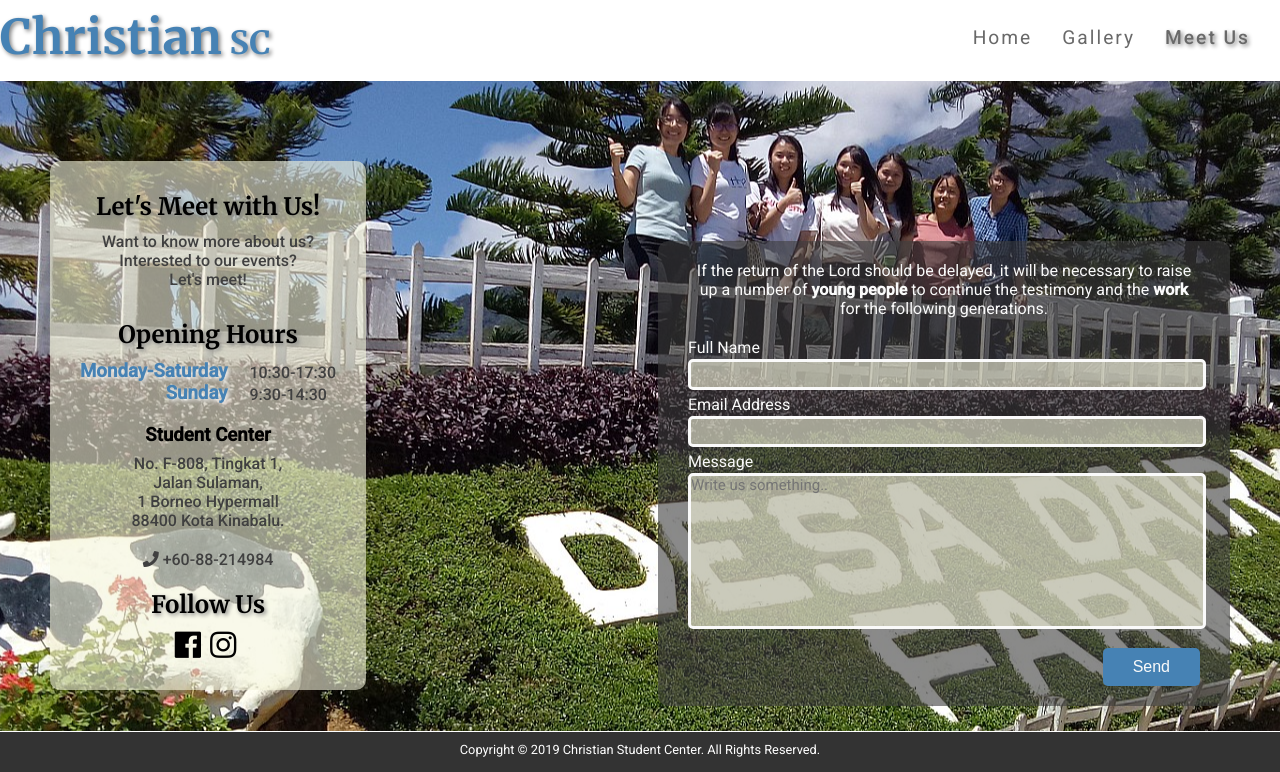
Repository: kongteckmee/christian-sc
Page: meet.html
The author's editor kept a record of every edit. The page is drawn from the files as they stood at one moment, then again after the next edit.
The browser window is 1280 px wide. The pictures show the whole page.
Some web libraries are served in a nearby version.

Above is the page before.

### meet.html
<!DOCTYPE html>
<html lang="en">

<head>
    <meta charset="UTF-8">
    <meta name="viewport" content="width=device-width, initial-scale=1.0">
    <meta http-equiv="X-UA-Compatible" content="ie=edge">
    <link rel="stylesheet" href="https://use.fontawesome.com/releases/v5.1.1/css/all.css" integrity="sha384-O8whS3fhG2OnA5Kas0Y9l3cfpmYjapjI0E4theH4iuMD+pLhbf6JI0jIMfYcK3yZ" crossorigin="anonymous">
    <link rel="stylesheet" href="assets/css/style.css" type="text/css" />
    <title>Christian Student Center</title>
</head>

<body>
    <header>
        <a id="logo" href="index.html">
            <h2><span style="font-size: 150%">Christian</span> SC</h2>
        </a>
        <nav>
            <ul id="scmenu">
                <li>
                    <a class="scactive" href="meet.html">Meet Us</a>
                </li>
                <li>
                    <a href="gallery.html">Gallery</a>
                </li>
                <li>
                    <a href="index.html">Home</a>
                </li>
            </ul>
        </nav>
    </header>
    <section id="meet">
        <div id="location">
            <div id="contact">
                <h2>Let's Meet with Us!</h2>
                <p>Want to know more about us?</p>
                <p>Interested to our events?</p>
                <p>Let's meet!</p>
            </div>
            <div id="open">
                <h2>Opening Hours</h2>
                <div id="day">
                    <h3>Monday-Saturday</h3>
                    <h3>Sunday</h3>
                </div>
                <div id="time">
                    <p>10:30-17:30</p>
                    <p>9:30-14:30</p>
                </div>
            </div>
            <div id="address">
                <h3>Student Center</h3>
                <br>
                <p>No. F-808, Tingkat 1,</p>
                <p>Jalan Sulaman,</p>
                <p>1 Borneo Hypermall</p>
                <p>88400 Kota Kinabalu.</p>
            </div>
            <div id="phone">
                <p><i class="fas fa-phone"></i> +60-88-214984</p>
            </div>
            <div id="follow">
                <h2>Follow Us</h2>
                <nav>
                    <ul id="social">
                        <li><a href="https://www.facebook.com/thechurchinkk/" target="_blank"> <i class="fab fa-facebook"></i></a></li>
                        <li><a href="https://www.instagram.com/studentcenterkk/" target="_blank"> <i class="fab fa-instagram"></i></a></li>
                    </ul>
                </nav>
            </div>
        </div>
        <div id="form">
            <form>
                <p>If the return of the Lord should be delayed, it will be necessary to raise up a number of <strong>young people</strong> to continue the testimony and the <strong>work</strong> for the following generations.</p>
                <label for="fullname">Full Name</label>
                <input class="place-input" type="text" name="full_name" id="fullname" required />
                <label for="email">Email Address</label>
                <input class="place-input" type="email" name="email_address" id="email" required />
                <label for="message">Message</label>
                <textarea class="place-input" id="message" name="message" placeholder="Write us something.." style="height:150px" required></textarea>
                <button type="submit">Send</button>
            </form>
        </div>
    </section>
    <footer>
        <div id="footer-copyright">
            <p>Copyright © 2019 Christian Student Center. All Rights Reserved.</p>
        </div>
    </footer>
</body>

</html>

### assets/css/style.css
@import url('https://fonts.googleapis.com/css?family=Merriweather:500,600,700|Roboto:300,400,500');

* {
    margin: 0;
    padding: 0;
    border: 0;
}

body {
    font-family: 'Roboto', sans-serif;
    color: #696969; /*Grey color */
}

/* ------------------------------------------------------ Header */

#logo {
    float: left;
    text-decoration: none;
}

#logo h2 {
    font-family: 'Merriweather', serif;
    font-size: 200%;
    color: #4682b4; /* Steel Blue color */
    text-shadow: 2px 2px 4px #808080;
}

#scmenu {
    font-size: 120%;
    list-style-type: none;
    letter-spacing: 2px;
}

#logo, #scmenu {
    line-height: 75px;
}

#scmenu li {
    float: right;
    margin-right: 30px;
}

#scmenu a {
    text-decoration: none;
    color: inherit;
}

#scmenu a:hover {
    color: #4682b4; /* Steel Blue color */
    font-weight: 500;
    text-shadow: 2px 2px 4px #808080;
}

.scactive {
    font-weight: 500;
    text-shadow: 2px 2px 4px #808080;
}

/* ------------------------------------------------------ Section: Welcome */

#scmeeting {
    height: 700px;
    width: 100%;
    background: url("../img/meeting-t.jpg") no-repeat center center;
}

#scgallery {
    height: 550px;
    width: 100%;
    background: url("../img/r_combined-t.jpg") no-repeat center center;
    margin-left: 140px;
    overflow: hidden;
}

#outing {
    height: 720px;
    width: 100%;
}

#photo img {
    width: 49%;
    margin-left: 4px;
}

#scmeetingrange {
    height: 700px;
    width: 100%;
    overflow: hidden;
}

#welcome-text {
    width: 400px;
    height: 220px;
    color: #fefcff; /* Milky white */
    background-color: rgba(212,175,55,.7);
    padding-top:20px;
    bottom: 35px; /* Fixed the welcome text box-bottom */
    right: 100px; /* Fixed the welcome text box-right */
    position: absolute;
}

#gallery-text {
    width: 350px;
    height: 350px;
    color: #fefcff; /* Milky white */
    background-color: rgba(219,112,147,.7);
    padding-top:20px;
    bottom: 200px;
    right: 940px;
    position: absolute;
}

#outing-text h1, #photo h1 {
    text-shadow: 2px 2px 4px #808080;
}

#video iframe {
    margin: 0 auto;
    display: block;
}

#welcome-text h1 {
    margin-bottom: 5px;
    font-size: 300%;
    font-family: 'Merriweather', serif;
    text-transform: uppercase;
    text-align: center;
    letter-spacing: 4px;
}

#gallery-text h1, #outing-text h1, #photo-text h1 {
    margin-top: 10px;
    margin-bottom: 20px;
    font-size: 250%;
    font-family: 'Merriweather', serif;
    /*text-transform: uppercase;*/
    text-align: center;
    letter-spacing: 4px;
}

hr {
    width: 80%;
    height: 3px;
    margin-left: auto;
    margin-right: auto;
    background-color:#fefcff; /* Milky white */
}

#welcome-text h3 {
    margin: 20px;
    font-size: 130%;
    font-weight: 300;
    text-align: center;
}

#gallery-text h3, #outing-text h3, #photo-text h3 {
    margin: 35px;
    font-size: 130%;
    font-weight: 300;
    text-align: center;
}

/* ------------------------------------------------------ Section: About */

#about {
    height: 500px;
}

#about h1 {
    margin-top: 30px;
    margin-bottom: 30px;
    font-family: 'Merriweather', serif;
    color: #4682b4; /* Steel Blue color */
    text-transform: uppercase;
    text-align: center;
    text-shadow: 2px 2px 4px #808080;
    font-size: 200%;
    letter-spacing: 1px;
}

#about h2 {
    font-family: 'Merriweather', serif;
    font-size: 130%;
    text-transform: uppercase;
    text-shadow: 2px 2px 4px #808080;
}

#left {
    margin-right: 30px;
    padding-top: 30px;
    width: 30%;
    float: left;
}

#right {
    margin-right: 30px;
    padding-top: 30px;
    width: 30%;
    float: right;
}

#center {
    padding-top: 30px;
    width: 33%;
    margin: 0 auto; /* center the div */
}

br {
    display: block;
    content: "";
    margin: 2em;
    font-size: 24%; /* spacing */
}

.left-right-side {
    width: 50%;
    float: right;
    padding-top: 40px;
    clear: both;
    margin-left: 20px;
    margin-bottom: 50px;
}

.middle {
    width: 50%;
    float: right;
    padding-top: 40px;
    margin-right: 20px;
}

#container {
    width: 150px;
    height: 150px;
    border: 3px solid #cccccc;
    border-radius: 50%;
    margin-left: 20px;
    margin-bottom: 20px;
}

#contain-study {
    background: url("../img/study-group.jpg") no-repeat center center;
    height: 100%;
    border-radius: 50%;
}

#contain-wifi {
    background: url("../img/free-wifi.jpg") no-repeat center center;
    height: 100%;
    border-radius: 50%;
}

#contain-seminar {
    background: url("../img/truth-seminar.jpg") no-repeat center center;
    height: 100%;
    border-radius: 50%;
}

#contain-bible {
    background: url("../img/bible-study.jpg") no-repeat center center;
    height: 100%;
    border-radius: 50%;
}

#contain-cafe {
    background: url("../img/cafe.jpg") no-repeat center center;
    height: 100%;
    border-radius: 50%;
}

#contain-books {
    background: url("../img/spiritual-book.jpg") no-repeat center center;
    height: 100%;
    border-radius: 50%;
}

/* ------------------------------------------------------ Section: Event */

#event {
    height: 250px;
    /*background-color: #a9a9a9;*/
}

#event div {
    color: #ffebcd;
    width: 19.2%;
    height: 90%;
    float: left;
    padding-top: 30px;
    text-align: center;
    margin: 5px;
}

#event h2 {
    color: #ffffff;
    font-family: 'Merriweather', serif;
    margin-bottom: 20px;
}

#event h3 {
    margin-top: 20px;
    font-weight: 400;
}

.black {
    background-color: rgba(48,48,48,.8);
}

.black h2 {
    line-height: 120px;
    text-transform: uppercase;
    text-shadow: 5px 5px 0px rgba(0,0,0,0.2);
}

.black h3 {
    color: #ffffff;
    font-size: 200%;
    text-shadow: 5px 5px 0px rgba(0,0,0,0.2);
}

.grey {
    background-color: rgba(105,105,105,.8);
}

.green {
    background-color: rgba(102,102,0,.8);
}

/* ------------------------------------------------------ Meet Us page */

#meet {
    height: 650px;
    width: 100%;
    clear: both;
    background: url("../img/desa.jpg") no-repeat center center;
}

#location {
    width: 20%;
    margin: 80px 0 0 50px;
    padding: 30px 30px 30px 30px;
    float: left;
    background-color: rgba(245,245,220,0.6);
    border-radius: 10px;
    color: #000;
    text-align: center;
}

#location h2 {
    font-family: 'Merriweather', serif;
    text-shadow: 2px 2px 4px #808080;
    margin-bottom: 10px;
}

#open {
    padding-top: 30px;
}

#day{
    float: left;
    text-align: right;
}

#day h3 {
    color: #4682b4;
    text-shadow: 2px 2px 4px #fff;
}

#time {
    float: right;
    text-align: left;
    color: #404040;
}

#time p {
    margin-top: 3px;
    font-weight: 500;
}

#address {
    clear: both;
    margin-top: 20px;
    display: inline-block;
}

#phone {
    margin-top: 20px;
}

#contact p, #address p, #phone p {
    font-weight: 500;
    color: #404040;
}

#follow {
    clear: both;
    margin-top: 20px;
}

#social li {
    display: inline;
}

#social i {
    font-size: 30px;
    margin-right: 5px;
    color: #000;
}

#social i:hover {
    color: #4682b4;
}

#form {
    width: 40%;
    margin: 160px 50px 0 0;
    padding: 20px 30px 20px 30px;
    float: right;
    background-color: rgba(60,60,60,0.6);
    border-radius: 10px;
    color: #fafafa;
}

#form p {
    text-align: center;
    margin-bottom: 20px;
}

.place-input {
    background-color: rgba(245,245,220,0.6);
    width: 100%;
    height: 25px;
    margin: 2px 0 5px 0;
    border: 3px solid #fafafa;
    border-radius: 5px;
    font-family: 'Roboto', sans-serif;
    font-size: 15px;
}

.place-input:hover {
    border-color: #4682b4;
}

textarea {
    resize: none;
}

button {
    background-color: #4682b4;
    margin-top: 10px;
    padding: 10px 30px 10px 30px;
    border-radius: 5px;
    color: #fafafa;
    font-size: 100%;
    text-align: center;
    display: block;
    float: right;
}

button:hover {
    background-color: #fafafa;
    color: #4682b4;
}

/* ------------------------------------------------------ Footer */

footer {
    /*margin-top: 5px;*/
    border-top: 1px solid #fff;
    height: 40px;
    width: 100%;
    background-color: #333333;
    clear: both;
}

footer #footer-copyright {
    color: #fff;
    line-height: 35px;
    font-size: 80%;
    text-align: center;
}

After the next edit:
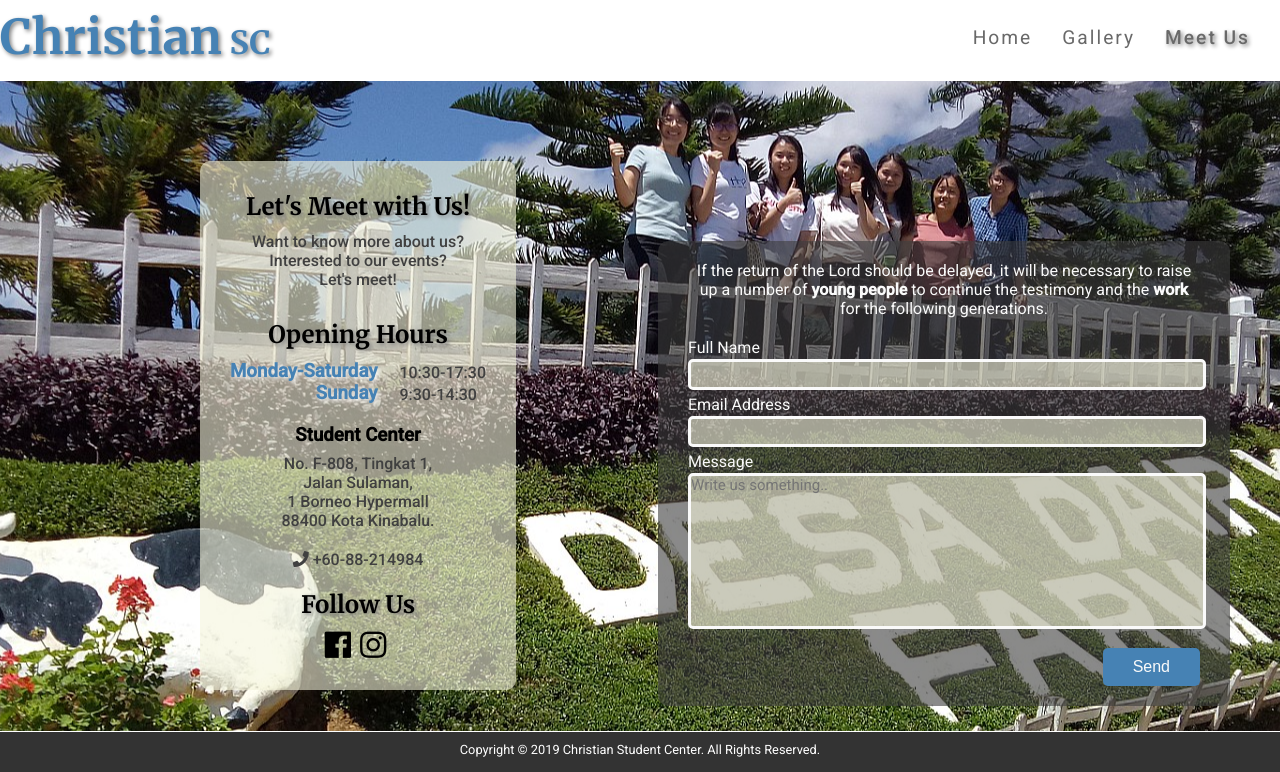
The edit:
--- a/assets/css/style.css
+++ b/assets/css/style.css
@@ -336,7 +336,7 @@
 
 #location {
     width: 20%;
-    margin: 80px 0 0 50px;
+    margin: 80px 0 0 200px;
     padding: 30px 30px 30px 30px;
     float: left;
     background-color: rgba(245,245,220,0.6);
